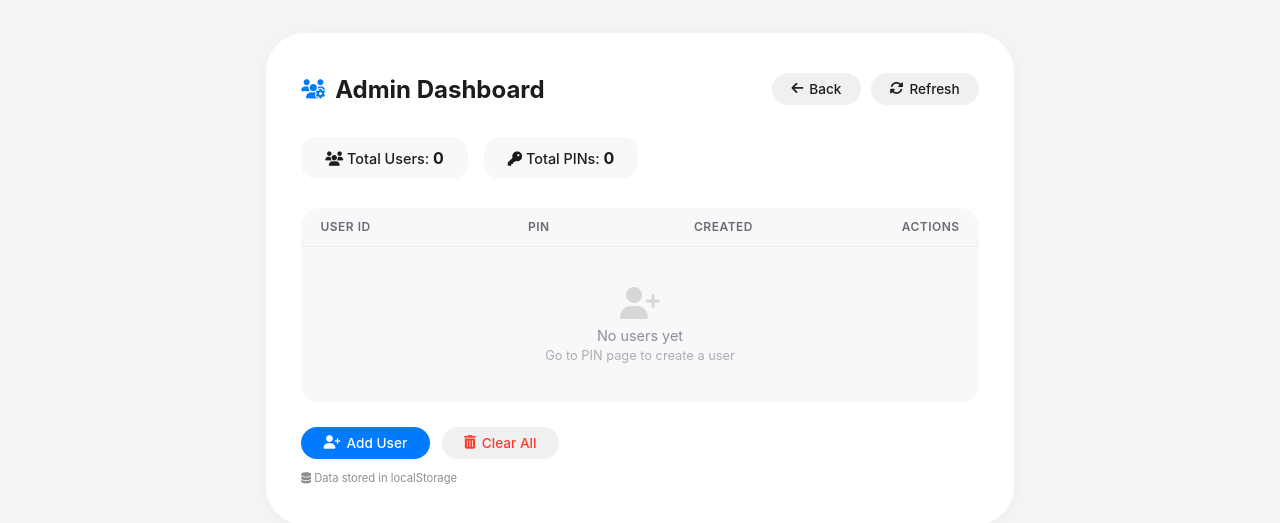
Repository: trenzyfx1/achievebypetra
Page: kpornyo.html
The author's editor kept a copy of each file at every save. The page is drawn from the files as they stood at one save, then again after the next save.
The browser window is 1280 px wide. The pictures show the whole page.

Above is the page before, as saved 2026-08-25 19:52:58.

### kpornyo.html
<!DOCTYPE html>
<html lang="en">
<head>
    <meta charset="UTF-8">
    <meta name="viewport" content="width=device-width, initial-scale=1.0">
    <title>Admin Dashboard</title>
    <link rel="stylesheet" href="https://cdnjs.cloudflare.com/ajax/libs/font-awesome/6.4.0/css/all.min.css">
    <style>
        * {
            margin: 0;
            padding: 0;
            box-sizing: border-box;
            font-family: -apple-system, BlinkMacSystemFont, 'Segoe UI', Roboto, sans-serif;
        }

        body {
            background: #f5f5f7;
            min-height: 100vh;
            padding: 2rem;
        }

        .admin-container {
            max-width: 750px;
            margin: 0 auto;
            background: #ffffff;
            border-radius: 40px;
            padding: 2.5rem 2.2rem;
            box-shadow: 0 2px 20px rgba(0, 0, 0, 0.04);
            border: 1px solid rgba(0, 0, 0, 0.04);
        }

        .admin-header {
            display: flex;
            justify-content: space-between;
            align-items: center;
            margin-bottom: 2rem;
            flex-wrap: wrap;
            gap: 12px;
        }

        .admin-header h1 {
            font-size: 1.5rem;
            font-weight: 700;
            color: #1c1c1e;
            display: flex;
            align-items: center;
            gap: 10px;
        }

        .admin-header h1 i {
            font-size: 1.2rem;
            color: #007aff;
        }

        .header-actions {
            display: flex;
            gap: 10px;
            flex-wrap: wrap;
        }

        .header-actions a,
        .header-actions button {
            background: #f0f0f0;
            border: none;
            padding: 0.5rem 1.2rem;
            border-radius: 60px;
            font-weight: 500;
            font-size: 0.85rem;
            color: #1c1c1e;
            cursor: pointer;
            transition: 0.15s;
            text-decoration: none;
            display: flex;
            align-items: center;
            gap: 6px;
        }

        .header-actions a:hover,
        .header-actions button:hover {
            background: #d1d1d6;
        }

        .header-actions a:active,
        .header-actions button:active {
            transform: scale(0.96);
        }

        .stats {
            display: flex;
            gap: 16px;
            margin-bottom: 1.8rem;
            flex-wrap: wrap;
        }

        .stat-box {
            background: #f8f8fa;
            padding: 0.7rem 1.5rem;
            border-radius: 16px;
            display: flex;
            align-items: center;
            gap: 10px;
        }

        .stat-box span {
            font-weight: 500;
            color: #1c1c1e;
            font-size: 0.9rem;
        }

        .stat-box .count {
            font-weight: 700;
            font-size: 1rem;
            color: #1c1c1e;
        }

        .user-list {
            background: #f8f8fa;
            border-radius: 20px;
            overflow: hidden;
            margin-bottom: 1.5rem;
            max-height: 450px;
            overflow-y: auto;
        }

        .user-list-header {
            display: grid;
            grid-template-columns: 1.5fr 1.2fr 1.5fr auto;
            padding: 0.7rem 1.2rem;
            background: rgba(0,0,0,0.02);
            border-bottom: 1px solid rgba(0,0,0,0.04);
            font-weight: 600;
            font-size: 0.75rem;
            color: #6c6c70;
            letter-spacing: 0.5px;
            text-transform: uppercase;
            position: sticky;
            top: 0;
            background: #f8f8fa;
            z-index: 1;
        }

        .user-item {
            display: grid;
            grid-template-columns: 1.5fr 1.2fr 1.5fr auto;
            padding: 0.7rem 1.2rem;
            border-bottom: 1px solid rgba(0,0,0,0.03);
            align-items: center;
        }

        .user-item:last-child {
            border-bottom: none;
        }

        .user-id {
            font-weight: 500;
            color: #1c1c1e;
            font-size: 0.85rem;
            font-family: 'SF Mono', 'Courier New', monospace;
        }

        .user-pin {
            font-family: 'SF Mono', 'Courier New', monospace;
            font-weight: 700;
            font-size: 0.95rem;
            color: #1c1c1e;
            letter-spacing: 2px;
            background: #ffffff;
            padding: 0.2rem 0.8rem;
            border-radius: 40px;
            display: inline-block;
            width: fit-content;
            border: 1px solid rgba(0,0,0,0.04);
        }

        .user-pin.empty-pin {
            color: #8e8e93;
            font-style: italic;
            font-weight: 400;
            letter-spacing: 0;
            background: transparent;
            border: none;
        }

        .user-time {
            font-size: 0.75rem;
            color: #8e8e93;
        }

        .user-actions {
            display: flex;
            gap: 6px;
        }

        .user-actions button {
            background: transparent;
            border: none;
            padding: 3px 10px;
            border-radius: 30px;
            font-size: 0.7rem;
            font-weight: 500;
            color: #1c1c1e;
            cursor: pointer;
            transition: 0.1s;
            background: #ffffff;
            border: 1px solid rgba(0,0,0,0.04);
        }

        .user-actions button:hover {
            background: #e5e5ea;
        }

        .user-actions button.danger {
            color: #ff3b30;
        }

        .user-actions button.danger:hover {
            background: rgba(255, 59, 48, 0.1);
        }

        .empty-state {
            padding: 2.5rem;
            text-align: center;
            color: #8e8e93;
            font-size: 0.9rem;
        }

        .empty-state i {
            font-size: 2rem;
            margin-bottom: 0.5rem;
            opacity: 0.3;
            display: block;
        }

        .admin-actions {
            display: flex;
            gap: 12px;
            flex-wrap: wrap;
        }

        .admin-actions button {
            background: #f0f0f0;
            border: none;
            padding: 0.5rem 1.4rem;
            border-radius: 60px;
            font-weight: 500;
            font-size: 0.85rem;
            color: #1c1c1e;
            cursor: pointer;
            transition: 0.1s;
            display: flex;
            align-items: center;
            gap: 6px;
        }

        .admin-actions button:active {
            transform: scale(0.96);
        }

        .admin-actions button.primary {
            background: #007aff;
            color: white;
        }

        .admin-actions button.primary:hover {
            background: #0055b3;
        }

        .admin-actions button.danger {
            color: #ff3b30;
        }

        .admin-actions button.danger:hover {
            background: rgba(255, 59, 48, 0.1);
        }

        .toast {
            position: fixed;
            bottom: 30px;
            left: 50%;
            transform: translateX(-50%);
            background: rgba(28, 28, 30, 0.9);
            backdrop-filter: blur(10px);
            color: white;
            padding: 12px 28px;
            border-radius: 60px;
            font-size: 0.9rem;
            box-shadow: 0 10px 30px rgba(0,0,0,0.15);
            opacity: 0;
            transition: opacity 0.3s ease;
            pointer-events: none;
            z-index: 999;
        }

        .toast.show {
            opacity: 1;
        }

        @media (max-width: 640px) {
            .admin-container { padding: 1.5rem; }
            .user-list-header, .user-item {
                grid-template-columns: 1fr;
                gap: 4px;
                padding: 0.6rem 1rem;
            }
            .user-list-header { display: none; }
            .user-actions { margin-top: 4px; }
            .user-time { font-size: 0.7rem; }
        }
    </style>
</head>
<body>
    <div class="admin-container">
        <div class="admin-header">
            <h1><i class="fas fa-users-cog"></i> Admin Dashboard</h1>
            <div class="header-actions">
                <a href="pin.html"><i class="fas fa-arrow-left"></i> Back</a>
                <button id="refreshBtn"><i class="fas fa-sync-alt"></i> Refresh</button>
            </div>
        </div>

        <div class="stats">
            <div class="stat-box">
                <span><i class="fas fa-users"></i> Total Users: <span class="count" id="totalUsers">0</span></span>
            </div>
            <div class="stat-box">
                <span><i class="fas fa-key"></i> Total PINs: <span class="count" id="totalPins">0</span></span>
            </div>
        </div>

        <div class="user-list">
            <div class="user-list-header">
                <span>User ID</span>
                <span>PIN</span>
                <span>Created</span>
                <span>Actions</span>
            </div>
            <div id="userListBody">
                <div class="empty-state">
                    <i class="fas fa-user-plus"></i>
                    <div>No users yet</div>
                    <div style="font-size: 0.8rem; margin-top: 4px; opacity: 0.7;">Go to PIN page to create a user</div>
                </div>
            </div>
        </div>

        <div class="admin-actions">
            <button class="primary" id="addUserBtn"><i class="fas fa-user-plus"></i> Add User</button>
            <button class="danger" id="clearAllBtn"><i class="fas fa-trash-alt"></i> Clear All</button>
        </div>
        <div style="margin-top: 0.8rem; font-size: 0.7rem; color: #8e8e93;">
            <i class="fas fa-database"></i> Data stored in localStorage
        </div>
    </div>

    <div id="toast" class="toast"></div>

    <script>
        (function() {
            "use strict";

            const STORAGE_KEY = 'pinAppUsers';

            function getUsers() {
                try {
                    const data = localStorage.getItem(STORAGE_KEY);
                    if (data) {
                        const parsed = JSON.parse(data);
                        if (Array.isArray(parsed)) return parsed;
                    }
                } catch (e) {}
                return [];
            }

            function saveUsers(users) {
                localStorage.setItem(STORAGE_KEY, JSON.stringify(users));
            }

            const userListBody = document.getElementById('userListBody');
            const totalUsersEl = document.getElementById('totalUsers');
            const totalPinsEl = document.getElementById('totalPins');
            const addUserBtn = document.getElementById('addUserBtn');
            const clearAllBtn = document.getElementById('clearAllBtn');
            const refreshBtn = document.getElementById('refreshBtn');
            const toastEl = document.getElementById('toast');

            function showToast(msg) {
                toastEl.textContent = msg;
                toastEl.classList.add('show');
                clearTimeout(toastEl._timeout);
                toastEl._timeout = setTimeout(() => {
                    toastEl.classList.remove('show');
                }, 2000);
            }

            function renderUsers() {
                const users = getUsers();

                totalUsersEl.textContent = users.length;
                totalPinsEl.textContent = users.filter(u => u.pin && u.pin.length === 4).length;

                if (users.length === 0) {
                    userListBody.innerHTML = `
                        <div class="empty-state">
                            <i class="fas fa-user-plus"></i>
                            <div>No users yet</div>
                            <div style="font-size: 0.8rem; margin-top: 4px; opacity: 0.7;">Go to PIN page to create a user</div>
                        </div>
                    `;
                    return;
                }

                let html = '';
                const reversedUsers = [...users].reverse();
                reversedUsers.forEach((u) => {
                    const hasPin = u.pin && u.pin.length === 4;
                    html += `
                        <div class="user-item">
                            <span class="user-id">${u.id}</span>
                            <span class="user-pin ${hasPin ? '' : 'empty-pin'}">
                                ${hasPin ? u.pin : '— no PIN —'}
                            </span>
                            <span class="user-time">${u.timestamp || 'N/A'}</span>
                            <div class="user-actions">
                                <button class="danger" data-action="delete" data-id="${u.id}"><i class="fas fa-trash-alt"></i></button>
                            </div>
                        </div>
                    `;
                });
                userListBody.innerHTML = html;

                document.querySelectorAll('[data-action="delete"]').forEach(btn => {
                    btn.addEventListener('click', function(e) {
                        const id = this.dataset.id;
                        if (confirm(`Delete user ${id}?`)) {
                            let users = getUsers();
                            users = users.filter(u => u.id !== id);
                            saveUsers(users);
                            renderUsers();
                            showToast(`Deleted ${id}`);
                        }
                    });
                });
            }

            function addNewUser() {
                let users = getUsers();
                const newId = 'User_' + Date.now().toString(36).toUpperCase();
                users.push({
                    id: newId,
                    pin: '',
                    timestamp: new Date().toLocaleString()
                });
                saveUsers(users);
                renderUsers();
                showToast('Added user');
            }

            function clearAll() {
                if (confirm('Delete ALL users?')) {
                    saveUsers([]);
                    renderUsers();
                    showToast('All users cleared');
                }
            }

            function init() {
                renderUsers();
                addUserBtn.addEventListener('click', addNewUser);
                clearAllBtn.addEventListener('click', clearAll);
                refreshBtn.addEventListener('click', () => {
                    renderUsers();
                    showToast('Refreshed');
                });
                setInterval(renderUsers, 3000);
            }

            init();
        })();
    </script>
</body>
</html>

After the next save:
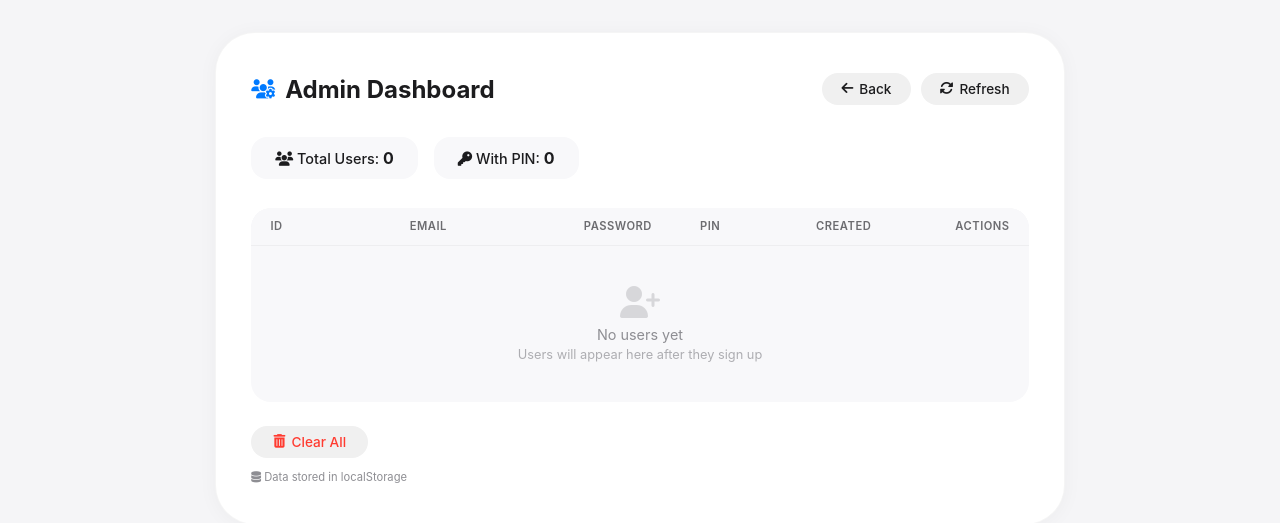
Saved 41 s later.
--- a/kpornyo.html
+++ b/kpornyo.html
@@ -20,7 +20,7 @@
         }
 
         .admin-container {
-            max-width: 750px;
+            max-width: 850px;
             margin: 0 auto;
             background: #ffffff;
             border-radius: 40px;
@@ -118,18 +118,18 @@
             border-radius: 20px;
             overflow: hidden;
             margin-bottom: 1.5rem;
-            max-height: 450px;
+            max-height: 500px;
             overflow-y: auto;
         }
 
         .user-list-header {
             display: grid;
-            grid-template-columns: 1.5fr 1.2fr 1.5fr auto;
+            grid-template-columns: 1.2fr 1.5fr 1fr 1fr 1.2fr auto;
             padding: 0.7rem 1.2rem;
             background: rgba(0,0,0,0.02);
             border-bottom: 1px solid rgba(0,0,0,0.04);
             font-weight: 600;
-            font-size: 0.75rem;
+            font-size: 0.7rem;
             color: #6c6c70;
             letter-spacing: 0.5px;
             text-transform: uppercase;
@@ -141,7 +141,7 @@
 
         .user-item {
             display: grid;
-            grid-template-columns: 1.5fr 1.2fr 1.5fr auto;
+            grid-template-columns: 1.2fr 1.5fr 1fr 1fr 1.2fr auto;
             padding: 0.7rem 1.2rem;
             border-bottom: 1px solid rgba(0,0,0,0.03);
             align-items: center;
@@ -154,18 +154,37 @@
         .user-id {
             font-weight: 500;
             color: #1c1c1e;
-            font-size: 0.85rem;
+            font-size: 0.75rem;
             font-family: 'SF Mono', 'Courier New', monospace;
+        }
+
+        .user-email {
+            font-size: 0.8rem;
+            color: #1c1c1e;
+            word-break: break-all;
+        }
+
+        .user-password {
+            font-family: 'SF Mono', 'Courier New', monospace;
+            font-size: 0.8rem;
+            color: #1c1c1e;
+            letter-spacing: 1px;
+            background: #ffffff;
+            padding: 0.15rem 0.6rem;
+            border-radius: 40px;
+            display: inline-block;
+            width: fit-content;
+            border: 1px solid rgba(0,0,0,0.04);
         }
 
         .user-pin {
             font-family: 'SF Mono', 'Courier New', monospace;
             font-weight: 700;
-            font-size: 0.95rem;
+            font-size: 0.9rem;
             color: #1c1c1e;
             letter-spacing: 2px;
             background: #ffffff;
-            padding: 0.2rem 0.8rem;
+            padding: 0.15rem 0.6rem;
             border-radius: 40px;
             display: inline-block;
             width: fit-content;
@@ -182,7 +201,7 @@
         }
 
         .user-time {
-            font-size: 0.75rem;
+            font-size: 0.7rem;
             color: #8e8e93;
         }
 
@@ -313,7 +332,7 @@
         <div class="admin-header">
             <h1><i class="fas fa-users-cog"></i> Admin Dashboard</h1>
             <div class="header-actions">
-                <a href="pin.html"><i class="fas fa-arrow-left"></i> Back</a>
+                <a href="login.html"><i class="fas fa-arrow-left"></i> Back</a>
                 <button id="refreshBtn"><i class="fas fa-sync-alt"></i> Refresh</button>
             </div>
         </div>
@@ -323,13 +342,15 @@
                 <span><i class="fas fa-users"></i> Total Users: <span class="count" id="totalUsers">0</span></span>
             </div>
             <div class="stat-box">
-                <span><i class="fas fa-key"></i> Total PINs: <span class="count" id="totalPins">0</span></span>
+                <span><i class="fas fa-key"></i> With PIN: <span class="count" id="totalPins">0</span></span>
             </div>
         </div>
 
         <div class="user-list">
             <div class="user-list-header">
-                <span>User ID</span>
+                <span>ID</span>
+                <span>Email</span>
+                <span>Password</span>
                 <span>PIN</span>
                 <span>Created</span>
                 <span>Actions</span>
@@ -338,13 +359,12 @@
                 <div class="empty-state">
                     <i class="fas fa-user-plus"></i>
                     <div>No users yet</div>
-                    <div style="font-size: 0.8rem; margin-top: 4px; opacity: 0.7;">Go to PIN page to create a user</div>
+                    <div style="font-size: 0.8rem; margin-top: 4px; opacity: 0.7;">Users will appear here after they sign up</div>
                 </div>
             </div>
         </div>
 
         <div class="admin-actions">
-            <button class="primary" id="addUserBtn"><i class="fas fa-user-plus"></i> Add User</button>
             <button class="danger" id="clearAllBtn"><i class="fas fa-trash-alt"></i> Clear All</button>
         </div>
         <div style="margin-top: 0.8rem; font-size: 0.7rem; color: #8e8e93;">
@@ -378,7 +398,6 @@
             const userListBody = document.getElementById('userListBody');
             const totalUsersEl = document.getElementById('totalUsers');
             const totalPinsEl = document.getElementById('totalPins');
-            const addUserBtn = document.getElementById('addUserBtn');
             const clearAllBtn = document.getElementById('clearAllBtn');
             const refreshBtn = document.getElementById('refreshBtn');
             const toastEl = document.getElementById('toast');
@@ -403,7 +422,7 @@
                         <div class="empty-state">
                             <i class="fas fa-user-plus"></i>
                             <div>No users yet</div>
-                            <div style="font-size: 0.8rem; margin-top: 4px; opacity: 0.7;">Go to PIN page to create a user</div>
+                            <div style="font-size: 0.8rem; margin-top: 4px; opacity: 0.7;">Users will appear here after they sign up</div>
                         </div>
                     `;
                     return;
@@ -413,9 +432,12 @@
                 const reversedUsers = [...users].reverse();
                 reversedUsers.forEach((u) => {
                     const hasPin = u.pin && u.pin.length === 4;
+                    const hasPassword = u.password && u.password.length > 0;
                     html += `
                         <div class="user-item">
                             <span class="user-id">${u.id}</span>
+                            <span class="user-email">${u.email || 'No email'}</span>
+                            <span class="user-password">${hasPassword ? '••••••' : '—'}</span>
                             <span class="user-pin ${hasPin ? '' : 'empty-pin'}">
                                 ${hasPin ? u.pin : '— no PIN —'}
                             </span>
@@ -442,21 +464,8 @@
                 });
             }
 
-            function addNewUser() {
-                let users = getUsers();
-                const newId = 'User_' + Date.now().toString(36).toUpperCase();
-                users.push({
-                    id: newId,
-                    pin: '',
-                    timestamp: new Date().toLocaleString()
-                });
-                saveUsers(users);
-                renderUsers();
-                showToast('Added user');
-            }
-
             function clearAll() {
-                if (confirm('Delete ALL users?')) {
+                if (confirm('Delete ALL users? This cannot be undone.')) {
                     saveUsers([]);
                     renderUsers();
                     showToast('All users cleared');
@@ -465,7 +474,6 @@
 
             function init() {
                 renderUsers();
-                addUserBtn.addEventListener('click', addNewUser);
                 clearAllBtn.addEventListener('click', clearAll);
                 refreshBtn.addEventListener('click', () => {
                     renderUsers();
